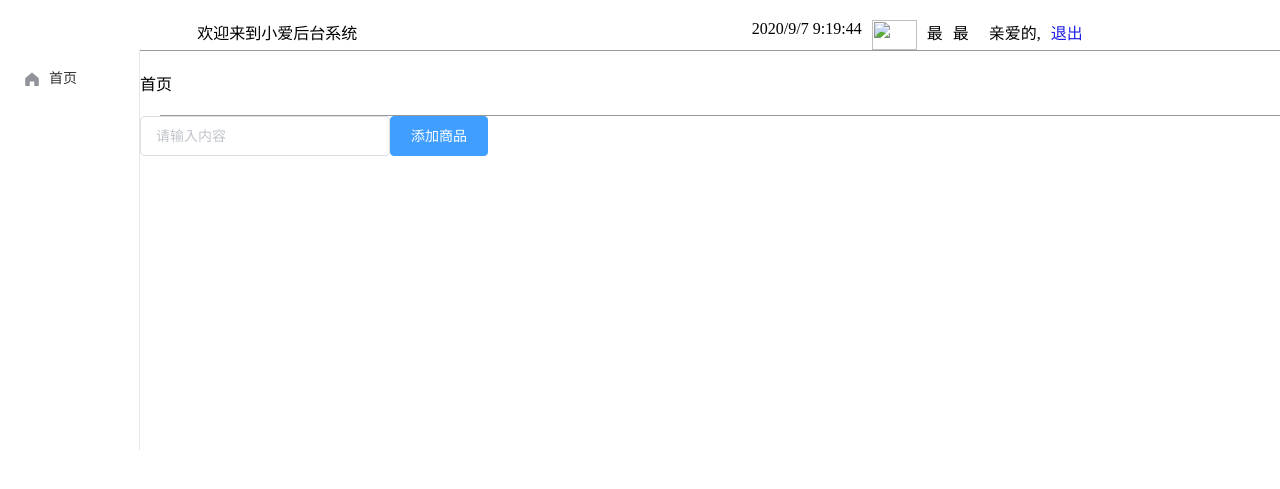
Repository: wujingwenwu/system
Page: /goods/goods
These files come from the project's save history. The page is drawn as it stood at one moment and after the next save; the edit follows.
The browser window is 1280 px wide. The pictures show the whole page.
The page's requests for data from a server got no answer. The project was rebuilt for these pictures with package versions that can differ from the ones it lists, and the page was loaded fresh each time. No one was signed in, and anything a server would have sent is missing. Also part of the build but not shown: vue.config.js, src/views/Home.vue.

Above is the page before, as saved 2020-09-07 10:41:25.

### public/index.html
<!DOCTYPE html>
<html lang="en">
  <head>
    <meta charset="utf-8">
    <meta http-equiv="X-UA-Compatible" content="IE=edge">
    <meta name="viewport" content="width=device-width,initial-scale=1.0">
    <link rel="icon" href="<%= BASE_URL %>favicon.ico">
    <title><%= htmlWebpackPlugin.options.title %></title>
  </head>
  <body>
    <noscript>
      <strong>We're sorry but <%= htmlWebpackPlugin.options.title %> doesn't work properly without JavaScript enabled. Please enable it to continue.</strong>
    </noscript>
    <div id="app"></div>
    <!-- built files will be auto injected -->
    <!--[if lte IE 9]>
    <div style='position:absolute; top: 50%; left:50%; margin-top: -50px;margin-left: -400px; align-items: center;justify-content: center;'>
      <div style='width: 800px; height: 100px;text-align: center'>
        <h1>
        您的浏览器版本过低 请下载最新的谷歌浏览器
      </h1>
      <div style='text-align: center;width: 800px'>
        <a href='https://www.chromestatus.com/feature/5636954674692096'>下载谷歌浏览器点此链接</a>
      </div>
      </div>
    </div>
  <![endif]-->
  </body>
</html>

### src/main.js
import Vue from "vue";
import App from "./App.vue";
import router from "./router";
import store from "./store";
import './bus'
import axios from 'axios';
import ElementUI from 'element-ui'
import 'element-ui/lib/theme-chalk/index.css'
import  echarts from 'echarts';
Vue.config.productionTip = false;
Vue.prototype.$axios = axios;
Vue.use(ElementUI)
Vue.prototype.$echarts = echarts;
new Vue({
  router,
  store,
  render: h => h(App)
}).$mount("#app");

### src/App.vue
<template>
  <div id="app">
    <router-view />
  </div>
</template>

<style lang="scss">
@import "../src/style/demo";
* {
  margin: 0;
  padding: 0;
}
</style>

### src/router/index.js
import Vue from "vue";
import VueRouter from "vue-router";
import Home from "../views/Home.vue";
import Public from '../views/publics/Public'
Vue.use(VueRouter);

const routes = [
  {
    path: '/Home',
    redirect: '/'
  },
  {
    path: "/about",
    name: "About",
    // route level code-splitting
    // this generates a separate chunk (about.[hash].js) for this route
    // which is lazy-loaded when the route is visited.
    component: () =>
      import(/* webpackChunkName: "about" */ "../views/About.vue")
  },
  {
    path: "/login",
    name: "Login",
    component: () =>
      import("../views/login/Login"),

  },
  {
    path: "/",
    name: "首页",
    component: Public,
    children: [
      {
        path: "",
        name: "Home",
        component: Home,
        meta: {
          title: "首页",
          icon: 'el-icon-s-home'
        },
      }
    ]
  },
  {
    path: "/users",
    name: "Public",
    component: Public,
    meta: {
      title: "用户管理",
      icon: 'el-icon-user-solid',
    },
    children: [
      {
        path: "users",
        name: "Users",
        component: () => import("../views/users/Users"),
        meta: {
          title: "用户列表",
          icon: 'el-icon-folder-opened',
          path: "/users/users"
        },
      }

    ]
  },
  {
    path: "/rights",
    name: "Public",
    component: Public,
    meta: {
      title: "权限管理",
      icon: 'el-icon-folder'
    },
    children: [
      {
        path: "roles",
        name: "Roles",
        component: () => import("../views/roles/Roles"),
        meta: {
          title: "角色列表",
          icon: 'el-icon-setting',
          path: '/rights/roles'
        },
      },
      {
        path: "rights",
        name: "Roles",
        component: () => import("../views/rights/Rights"),
        meta: {
          title: "权限列表",
          icon: 'el-icon-c-scale-to-original',
          path: '/rights/rights'
        },
      },
    ]
  },
  {
    path: "/goods",
    name: "Public",
    component: Public,
    meta: {
      title: "商品管理",
      icon: 'el-icon-shopping-bag-2'
    },
    children: [
      {
        path: "goods",
        name: "Goods",
        component: () => import("../views/goods/Goods"),
        meta: {
          title: "商品列表",
          icon: 'el-icon-bangzhu',
          path: '/goods/goods'
        },
      },
      {
        path: "params",
        name: "Params",
        component: () => import("../views/params/Params"),
        meta: {
          title: "分类参数",
          icon: 'el-icon-bell',
          path: '/goods/params'
        },
      },
      {
        path: "categories",
        name: "Categories",
        component: () => import("../views/categories/Categories"),
        meta: {
          title: "商品分类",
          icon: 'el-icon-date',
          path: '/goods/categories'
        },
      },
    ]
  },
  {
    path: "/orders",
    name: "Public",
    component: Public,
    meta: {
      title: "订单管理",
      icon: 'el-icon-s-order'
    },
    children: [
      {
        path: "orders",
        name: "Orders",
        component: () => import("../views/orders/Orders"),
        meta: {
          title: "订单列表",
          icon: 'el-icon-folder-add',
          path: '/orders/orders'
        },
      }

    ]
  },
  {
    path: "/reports",
    name: "Public",
    component: Public,
    meta: {
      title: "数据统计",
      icon: 'el-icon-message'
    },
    children: [
      {
        path: "reports",
        name: "Reports",
        component: () => import("../views/reports/Reports"),
        meta: {
          title: "数据报表",
          icon: 'el-icon-position',
          path: '/reports/reports'
        },
      }

    ]
  },
];

const router = new VueRouter({
  mode: "history",
  base: process.env.BASE_URL,
  routes
});

export default router;

### src/store/index.js
import Vue from "vue";
import Vuex from "vuex";
import login from './login/login';
import publics from './publics/publics';
import report from './report/report';
import management  from './management/management';
import jurisdiction from './jurisdiction/jurisdiction';
import goodser from './goodser/goodser'
Vue.use(Vuex);

export default new Vuex.Store({
  state: {},
  mutations: {},
  actions: {},
  modules: {
    login,
    publics,
    report,
    management,
    jurisdiction,
    goodser
  }
});

### src/bus/index.js
import Vue from 'vue'
const bus = new Vue()
Vue.prototype.$bus = bus

### src/style/demo.scss
.d-f{
    display: flex;
    /* 弹性盒模型 */
}
.f-s-12{
    font-size: 12px;
    /* 字体大小为12px */
}
.f-s-14{
    font-size: 14px;
    /* 字体大小为14px */
}
.f-s-16{
    font-size: 16px;
    /* 字体大小为16px */
}
.f-w{
    font-weight: 700;
    /*字体 加粗 */
}
.f-c-ho{
    color: #f00;
    /* 红色 */
}
.f-c-hu{
    color: #ccc;
    /* 灰色 */
}
.f-c-b{
    color: #ffffff;
    /* 白色 */
}
.f-c-he{
    color: #000;
    /* 黑色 */
}
.t-a-l{
    text-align: left;
    /* 文本左对齐 */
}
.t-a-c{
    text-align: center;
    /* 文本居中 */
}
.t-a-r{
    text-align: right;
    /* 文本右对齐 */
}
.t-d-u{
    text-decoration: underline;
    /* 装饰在文本底部 */
}
.t-d-o{
    text-decoration: overline;
    /* 装饰在顶部 */
}
.t-d-l-t{
    text-decoration: line-through;
    /* 装饰在文本中间 */
}
.d-i{
    display: inline;
    /* 块级元素装换成行内元素 */
}
.d-i-b{
    display: inline-block;
    /* 块级元素装换成行内块元素 */
}
.d-b{
    display: block;
    /* 行内和行内块元素装换成块级元素 */
}
.d-n{
    display: none;
    /* 隐藏元素 */
}
.p-r{
    position: relative;
    /* 相对定位 */
}
.p-a{
    position: absolute;
    /* 绝对定位 */
}
.p-f{
    position: fixed;
    /* 固定定位 */
}
.b-r-50{
    border-radius: 50%;
    /* 圆角为50% */
}
.j-c-s-a{
    justify-content: space-around;
   /* 两边的子元素距离父元素的两边有间距，然后中间距离自动等分 */
}
.j-c-s-b{
    justify-content: space-between;
    /* 两边的子元素距离父元素没有间距，然后中间距离自动等分 */

}
.j-c-c{
    justify-content: center;
     /* 所有的子元素相当于父元素水平居中 */
}
.a-i-c{
    align-items: center;
    /* （竖轴排列方式）子元素相当于父元素垂直方向居中 */
}
.f-d-c{
    flex-direction: column;
    /* 弹性盒模型的竖项排列方式 */
}
*{
  margin: 0;
  padding: 0;
  /* 清除游览器的痕迹 */
}
.conter{
    display: flex;
    justify-content: center;
    /* 弹性盒模型，所有的文本在页面的中间 */
}
.warp{
   width: 1280px;
   /* 宽度为1280px，基本上不会超过1400px */
}
.o-h{
    overflow: hidden;
    /* 超出部分隐藏 */
}
.w-o-t{
    white-space: nowrap;
    overflow: hidden;
    text-overflow: ellipsis;
    /* 超出部分隐藏（只限字体） */
}
.d-n{
    display: none;
    /* 不占位置 */
}
.v-h{
    visibility: hidden;
    /* 占位置 */
}
.f-w-w{
    flex-wrap: wrap;
    /* 换行 */
}
.w-s-n{
    white-space: nowrap;
    /* 内容不换行 */
}
.m-t-20{
    margin-top: 20px;
    /* 向下20 */
}
.m-l-20{
    margin-left: 20px;

}
.m-t-10{
    margin-top: 10px;
}
.m-l-10{
    margin-left: 10px;
}
.b-c-hong{
    background-color: red;
}
.b-c-hei{
    background-color: black;
}
.b-c-bai{
    background-color: #ffffff;
}
.b-c-hui{
    background-color: #ccc;
}
.b-1-s-hong{
    border: 1px solid red;
}
.b-1-d-hong{
    border: 1px dashed red;
}
.b-1-s-bai{
    border: 1px solid #ffffff;
}
.b-1-d-bai{
    border: 1px dashed #ffffff;
}
.b-1-s-hei{
    border: 1px solid black;
}
.b-1-d-hei{
    border: 1px dashed black;
}
.b-1-s-hui{
    border: 1px solid #ccc;
}
.b-1-d-hui{
    border: 1px dashed #ccc;
}
.b-l-n{
    border-left: none;
    /* 左边框隐藏 */
}
.b-t-n{
    border-top: none;
}
.b-r-n{
    border-right: none;
}
.b-b-n{
    border-bottom: none;
}
.m-t-15{
    margin-top: 15px;
}
.m-t-30{
    margin-top: 30px;
}
.m-t-5{
    margin-top: 5px;
}
.b-none{
    border: none;
}
.f-s-18{
    font-size: 18px;
}
.m-l--10{
    margin-left: -10px;
}
.m-l-40{
    margin-left: 40px;
}
.m-t-40{
    margin-top: 40px;
}
.o-n{
    outline: none;
    /* 隐藏边框 */
}

### src/views/publics/Public.vue
<template>
<div>
  <div class="d-f publics j-c-s-a m-t-20">
    <div>欢迎来到小爱后台系统</div>
    <div class="d-f">
    <div>  {{ nowDate + ' ' + nowTime + ' ' }}</div>
     <div class="d-f m-l-10">

    <img :src="img" alt="" class="img">
    <div class="m-l-10">{{weather.type}}</div>
    <div>最{{weather.high}}</div>
    <div class="m-l-10">最{{weather.low}}</div>
    <div class="m-l-20">亲爱的,{{user}}</div>
    <div class="m-l-10 color" @click="toOut">退出</div>
    </div>
    </div>
  </div>
  <div class="d-f">
  <el-menu
      :default-active="$route.path"
      class="el-menu-vertical-demo"
      @open="handleOpen"
      @close="handleClose" unique-opened router>
       <el-menu-item index="/">
        <i class="el-icon-s-home"></i>
        <span slot="title">首页</span>
      </el-menu-item>
      <el-submenu :index="item.path" v-for="(item,index) in menus" :key="index" >
        <template slot="title">
         <i :class="item.icon"></i>
         <span>{{item.authName}}</span>
        </template>
        <el-menu-item-group v-for="(item1,index1) in item.children" :key="index1">

          <el-menu-item :index="item1.path"><i :class="item1.icon"></i>{{item1.authName}}</el-menu-item>

        </el-menu-item-group>
      </el-submenu>



    </el-menu>
    <div>
    <div class="show"></div>
    <div class="m-t-20">首页</div>
    <div class="show1 m-t-20"></div>
  <router-view></router-view>
  </div>
  </div>
  </div>
</template>

<script>
import { createNamespacedHelpers } from 'vuex'
const userModule = createNamespacedHelpers('publics')
const { mapState: userState, mapActions: userActions } = userModule
export default {
  name: "",
  props: {},
  data() {
    return {
      nowDate: "", // 当前日期
      nowTime: "", // 当前时间
      hous:'',
      weather:'',
      img:'',
      user:'',
      routes:''
    };
  },
  components: {},
  methods: {
    toOut(){
      this.$router.push('/login')
    },
    handleOpen(){

    },
    handleClose(){
    },
      ...userActions(['getMenus']),
      //获取当前时间
    currentTime() {
            setInterval(this.getDate, 500);
        },
        getDate: function() {
            var _this = this;
            let yy = new Date().getFullYear();
            let mm = new Date().getMonth() + 1;
            let dd = new Date().getDate();
            let hh = new Date().getHours();
            this.hous=new Date().getHours()
            let mf =
                new Date().getMinutes() < 10
                    ? "0" + new Date().getMinutes()
                    : new Date().getMinutes();
               let my =
                new Date().getSeconds() < 10
                    ? "0" + new Date().getSeconds()
                    : new Date().getSeconds();
            _this.nowTime = hh + ":" + mf +":"+ my;
            _this.nowDate = yy + "/" + mm + "/" + dd;
        },

  },
  mounted() {
    console.log(this.$router);
    this.routes=this.$router.options.routes
       this.getMenus()
      this.currentTime();
      //获取天气
     this.$axios
      .get("http://wthrcdn.etouch.cn/weather_mini?city=成都")
      .then((res) =>{
        // console.log(res.data.data);
        this.weather=res.data.data.forecast[0]//获取到当天的天气
        console.log(this.weather);
        if(this.weather.type=='多云'){
            this.img=require("../../image/90XB9(C7P}7EJ59[7O99%K5.png")
        }if(this.weather.type=='晴天'){
          this.img=require("../../image/{}BC(0D8R~BDMVK70GMGXYT.png")
        }if(this.weather.type=='小雨'){
          this.img=require("../../image/`1L(N@R7EQZ_8M3(AY`~O~C.png")
        }

      })
      .catch((err) =>{
        console.log(err);
      });
    this.user=localStorage.getItem('user')
  },
   // 销毁定时器
    beforeDestroy: function() {
        if (this.getDate) {
            console.log("销毁定时器")
            clearInterval(this.getDate); // 在Vue实例销毁前，清除时间定时器
        }
    },
  watch: {},
  computed: {
     ...userState(['menus'])
  }
};
</script>

<style scoped lang='scss'>
.img{
    width: 45px;
    height: 30px;
}
.color{
    color: rgb(31, 31, 231);
    cursor: pointer;
}
.el-menu-vertical-demo:not(.el-menu--collapse) {
    width: 200px;
    min-height: 400px;
  }
  .show{
    width: 1140px;
   height: 1px;
   background: #999;

  }
  .show1{
     width: 1120px;
   height: 1px;
   background: #999;
   margin-left: 20px;
  }
</style>

### src/views/goods/Goods.vue
<template>
<!--商品列表-->
 <div>
 <div class="d-f">
 <el-input
  placeholder="请输入内容" class="input"
  v-model="input"
  clearable>
</el-input>
<el-button type="primary">添加商品</el-button>
 </div>
 </div>
</template>

<script>
import { createNamespacedHelpers } from "vuex";
const userModule = createNamespacedHelpers("goodser");
const { mapState, mapActions } = userModule;
 export default {
   name:'',
   props:{

    },
   data () {
     return {
     query:'',
     pagenum:'1',
     pagesize:'10',
     input: '',
   }
   },
   components: {

   },
   methods: {
 ...mapActions(["getGoods"]),
   },
   mounted() {
    this.getGoods({
     query:this.query,
      pagenum:this.pagenum,
      pagesize:this.pagesize
    })
   },
   watch: {

   },
   computed: {
    ...mapState(["goods"])
   }
 }
</script>

<style scoped lang='scss'>
.input{
  width: 250px;
}
</style>

### src/store/login/login.js
import api from '../../components/http/api';
import router from '../../router';
import {Message} from 'element-ui';

export default {
  // 开启命名空间 这个文件就是单独的一个vuex的模块
  namespaced: true,
  state: {
    menus: []
  },
  mutations: {
    setMenus(state, data) {
      state.menus = data
    }
  },
  actions: {
    // 所有的请求都写在actions里面
    // action里面的方法可以传两个参数 第一个参数是整个store(vuex对象) 第二个参数是请求的参数

    async login( {commit},{username, password}) {
      console.log(commit);
      let res = await api.login({
        username,
        password
      })
      if (res.meta.status === 200) {
        // 存储信息
        localStorage.setItem('adminToken', res.data.token)
        localStorage.setItem('adminUser', JSON.stringify(res.data))
        localStorage.setItem('user',username)
        // 跳转路由
        router.push('/')
        // 提示用户
        Message.success('登录成功')
      } else {
        Message.error(res.meta.msg)
      }
    }
    // getMenus() {
    //   api.getMenus().then().catch()
    // }
  },
}

### src/store/report/report.js
import api from '../../components/http/api';
// import router from '../../router';
// import {Message} from 'element-ui';

export default {
  // 开启命名空间 这个文件就是单独的一个vuex的模块
  namespaced: true,
  state: {
   data:[],
   legend:[],
   xAxis:[]
  },
  mutations: {
    setData(state, data) {
      state.data = data
    },
    setLegend(state, data) {
        state.legend = data
      },
      setXAxis(state, data) {
        state.xAxis = data
      }
  },
  actions: {
    // 所有的请求都写在actions里面
    // action里面的方法可以传两个参数 第一个参数是整个store(vuex对象) 第二个参数是请求的参数

    async getReports( {commit}) {
      console.log(commit);
      let res = await api.getReports({

      })
      if (res.meta.status === 200) {
          this.data = res.data.series
          commit('setData', res.data.series)
          commit('setXAxis', res.data.xAxis[0].data)
          commit('setLegend', res.data.legend.data)
        console.log(res.data);
      }
    }

  },
}

### src/store/management/management.js
import api from '../../components/http/api';
import Vue from 'vue';
import dayjs from 'dayjs';
// import router from '../../router';
// import {Message} from 'element-ui';

export default {
  // 开启命名空间 这个文件就是单独的一个vuex的模块
  namespaced: true,
  state: {
    orderss:[],
    logistics:[]
  },
  mutations: {
    setOrderss(state, data) {
        state.orderss = data
    },
    setLogistics(state, data) {
      state.logistics = data
  },
  },
  actions: {
    // 所有的请求都写在actions里面
    // action里面的方法可以传两个参数 第一个参数是整个store(vuex对象) 第二个参数是请求的参数

    async getOrderss({ commit }, {query,pagenum,pagesize,user_id,pay_status,is_send,order_fapiao_title,order_fapiao_company,order_fapiao_content,consignee_addr}) {

      let res = await api.getOrderss({
        query,pagenum,pagesize,user_id,pay_status,is_send,order_fapiao_title,order_fapiao_company,order_fapiao_content,consignee_addr
      })
      if (res.meta.status === 200) {
        // 存储信息
        commit('setOrderss', res.data.goods)
       console.log(res.data);
      }
      res.data.goods.map(item=>{
        if(item.pay_status==='0'){
          Vue.set(item,'pay_statuss','未付款')
        }else{
          Vue.set(item,'pay_statuss','已付款')
        };
        item.create_time= dayjs(item.create_time).format('YYYY-MM-DD HH-mm-ss')
      })
    },

    async getLogistics({ commit }, {id}) {

      let res = await api.getLogistics({
        id
      })
      if (res.meta.status === 200) {
        // 存储信息
        commit('setLogistics', res.data)
        console.log(commit);
       console.log(res);
      }
    }
  },
}

### src/store/jurisdiction/jurisdiction.js
import api from '../../components/http/api';
import Vue from 'vue'
// import router from '../../router';
import {Message} from 'element-ui';

export default {
  // 开启命名空间 这个文件就是单独的一个vuex的模块
  namespaced: true,
  state: {
    power: [],
    roles:[],
    rights:[]
  },
  mutations: {
    setPower(state, data) {
      state.power = data
    },
    getRoles(state, data) {
      state.roles = data
    },
    setRights(state, data) {
      state.rights = data
    },
  },
  actions: {
    // 所有的请求都写在actions里面
    // action里面的方法可以传两个参数 第一个参数是整个store(vuex对象) 第二个参数是请求的参数
    async getPower( {commit},{type}) {
      console.log(commit);
      let res = await api.getPower({
        type
      })
      if (res.meta.status === 200) {
        commit('setPower', res.data)
       console.log(res.data);
      }
      res.data.map(item=>{
          if(item.level==='0'){
            Vue.set(item, 'levels','一级')
          }if(item.level==='1'){
            Vue.set(item, 'levels','二级')
          }if(item.level==='2'){
            Vue.set(item, 'levels','三级')
          }
      })
    },
    //角色列表
    async getRoles( {commit}) {
      console.log(commit);
      let res = await api.getRoles({

      }
      )
      console.log(res);
      if (res.meta.status === 200) {
        commit('getRoles', res.data)
       console.log(res);
      }
    },
    //添加角色
    async postAddrole( {dispatch},{roleName,roleDesc}) {
      let res = await api.postAddrole({
        roleName,roleDesc
      }
      )
      if (res.meta.status === 201) {
        dispatch('getRoles',
        )
        Message.success('添加用户成功')
       console.log(res);
      }
    },
    async deleteRole( {dispatch},{id}) {
      let res = await api.deleteRole({
        id
      }
      )
      if (res.meta.status === 200) {
        dispatch('getRoles',
        )
        Message.success('删除用户成功')
       console.log(res);
      }
    },
    async editRole( {dispatch},{id,roleName,roleDesc}) {
      let res = await api.editRole({
        id,roleName,roleDesc
      }
      )
      if (res.meta.status === 200) {
        dispatch('getRoles',
        )
        Message.success('修改用户成功')
       console.log(res);
      }
    },
    //获取权限管理
    async getRights( {commit},{type}) {
      let res = await api.getRights({
        type
      }
      )
      console.log(res);
      if (res.meta.status === 200) {
        commit('setRights', res.data)

      }
    },
    async setRoles( {commit},{roleId,rids}) {
      console.log(commit);
      let res = await api.setRoles({
        roleId, rids
      }
      )
      if (res.meta.status === 200) {
        console.log(res);
        Message.success('修改权限成功')
      }
    },
  },
}

### src/store/goodser/goodser.js
import api from '../../components/http/api';
// import Vue from 'vue'
// import router from '../../router';
// import {Message} from 'element-ui';

export default {
  // 开启命名空间 这个文件就是单独的一个vuex的模块
  namespaced: true,
  state: {
    goods:[]
  },
  mutations: {
    setGoods(state, data) {
        state.goods = data
      },
  },
  actions: {
    // 所有的请求都写在actions里面
    // action里面的方法可以传两个参数 第一个参数是整个store(vuex对象) 第二个参数是请求的参数
    async getGoods( {commit},{query,pagenum,pagesize}) {
      console.log(commit);
      let res = await api.getGoods({
        query,pagenum,pagesize
      })
      console.log(res);
      if (res.meta.status === 200) {
        commit('setGoods', res.data)

      }

    },






  },
}

### src/components/http/api.js
import service from './index';
import qs from 'qs'

export default {
  login({username, password}) {
    return service.post('/login', {
      username,
      password
    })
  },
  getMenus() {
    return service.get('menus')
  },
  getUserList({pagenum,pagesize,query}) {
    return service.get(`users?pagenum=${pagenum}&pagesize=${pagesize}&query=${query}`)
  },
  getState({uId,type}) {
    return service.put(`users/${uId}/state/${type}`)
  },
  getParty({username,password,email,mobile}) {
    return service.post(`users`,
    {username,password,email,mobile}
    )
  },
  //删除
  getDelete({id}) {
    return service.delete(`users/${id}`,
    )
  },
  //修改用户
  getAmend({id,email,mobile}) {
    return service.put(`users/${id}`,{email,mobile}
    )
  },
   //基于时间统计的折线图
   getReports() {
    return service.get(`reports/type/1/`)
  },
  //订单数据列表
  // query,user_id,pay_status,is_send,order_fapiao_title,order_fapiao_company,order_fapiao_content,consignee_addr
  getOrderss({pagenum,pagesize}) {
    return service.get(`orders?pagenum=${pagenum}&pagesize=${pagesize}`)
  },
    getPower({type}) {
      return service.get(`rights/${type}`)
    },
    //查看物流信息
    getLogistics({id}) {
      return service.get(`kuaidi/${id}`)
    },
    //角色列表
    getRoles() {
      return service.get(`roles`)
    },
    //添加角色
    postAddrole({roleName,roleDesc}) {
      return service.post(`roles`,{roleName,roleDesc})
    },
     //删除角色
     deleteRole({id}) {
      return service.delete(`roles/${id}`)
    },
     //编辑角色
     editRole({id,roleName,roleDesc}) {
      return service.put(`roles/${id}`,{roleName,roleDesc})
    },
    //分配权限
    setRoles({ roleId, rids }) {
      return service.post(`roles/${roleId}/rights`, qs.stringify({ rids }), {
        headers: { 'Content-Type': 'application/x-www-form-urlencoded' },
      });
    },
       // 权限管理
       getRights({type}) {
        return service.get(`rights/${type}`)
      },
        // 商品列表数据
        getGoods({query,pagenum,pagesize}) {
          return service.get(`goods?query=${query}&pagenum=${pagenum}&pagesize=${pagesize}`)
        },
}

### src/components/http/index.js
import axios from 'axios'
import nprogress from 'nprogress'
import {Message} from 'element-ui'

// 运行环境: 本地环境:devlpment 和线上(生产)环境: production
const isPro = process.env.NODE_ENV === 'production'

// 创建一个axios的实例
const service = axios.create({
  // 基础路径: 需要根据当前的运行环境来判断
  baseURL: isPro ? '线上的接口路径' : '/api',
  // 超时时间
  timeout: 100000
})


// 请求拦截: 每一次发请求都会做的事情
service.interceptors.request.use((config) => {
  nprogress.start()
  // 前后端鉴权
  // jwt: JSON WEB TOKEN
  // 登录成功之后 后端会返回一个令牌
  let token = localStorage.getItem('adminToken')
  if (token) {
    // 需要在请求头当中添加token
    config.headers['Authorization'] = token
  }
  return config
}, err => {
  nprogress.done()
  return Promise.reject(err)
})


// 响应拦截: 每一次接口返回数据的时候都会做的事情
service.interceptors.response.use((res) => {
  nprogress.done()
  return res.data
}, err => {
  if (err.response && err.response.status) {
    // 错误请求的状态码
    let status = err.response.status
    if (status === 400) {
      Message.error('参数错误')
    }
    if (status === 401) {
      Message.error('登录过期,请重新登录')
    }
    if (status === 403) {
      Message.error('没有权限')
    }
    if (status === 404) {
      Message.error('接口路径错误')
    }
    if (status === 500) {
      Message.error('服务器出错')
    }
    if (status === 503) {
      Message.error('服务器在维护')
    }
  }
  return Promise.reject(err)
})


export default service

Loaded but not shown: src/store/publics/publics.js (148 lines, source omitted)

After the next save:
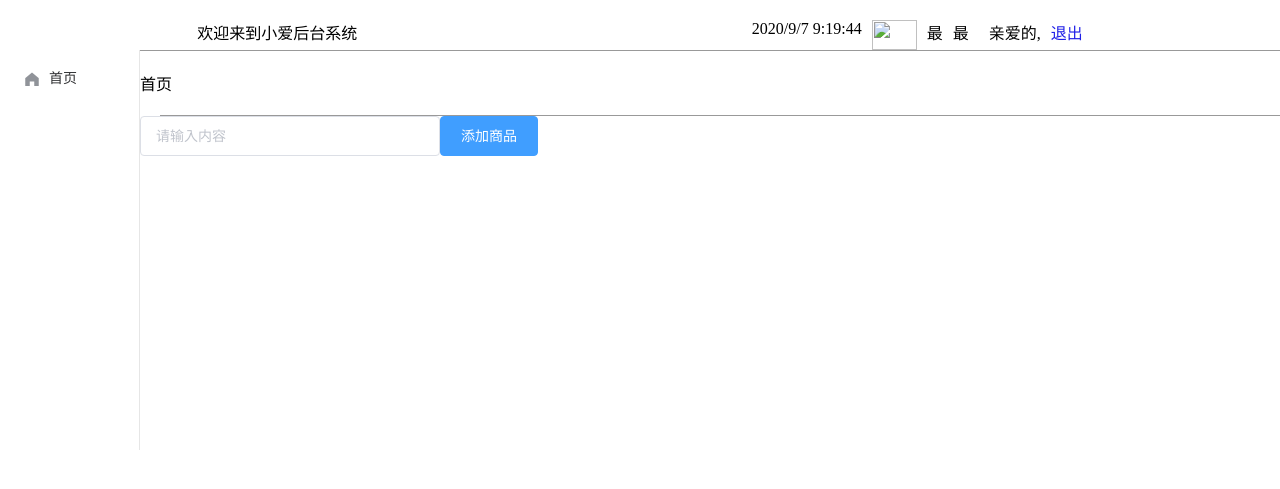
Saved 14 s later.
--- a/src/views/goods/Goods.vue
+++ b/src/views/goods/Goods.vue
@@ -53,6 +53,6 @@ const { mapState, mapActions } = userModule;
 
 <style scoped lang='scss'>
 .input{
-  width: 250px;
+  width: 300px;
 }
 </style>
